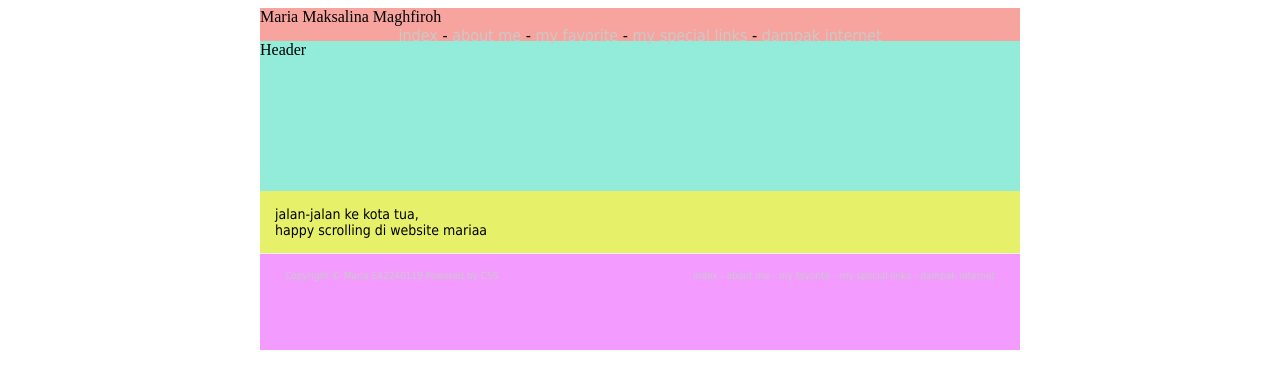
Repository: Bearli-py/latihan_bisdig
Page: index.html
The author's editor kept a copy of each file at every save. The page is drawn from the files as they stood at one save, then again after the next save.
The browser window is 1280 px wide. The pictures show the whole page.

Above is the page before, as saved 2025-09-09 15:32:48.

After the next save:
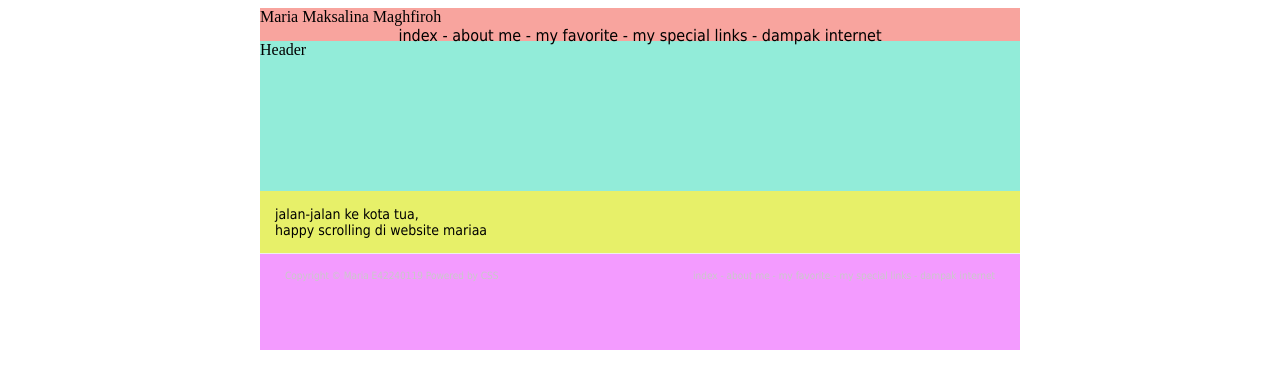
Saved 107 s later.
--- a/style.css
+++ b/style.css
@@ -21,7 +21,7 @@
     font-family: Tahoma, Arial, Helvetica, Sans-serif;
 }
 #main-nav a{
-    color: #c9c9c9;
+    color: #000000;
     text-decoration: none;
 }
 #main-nav a:hover{color: #db6d16;}
